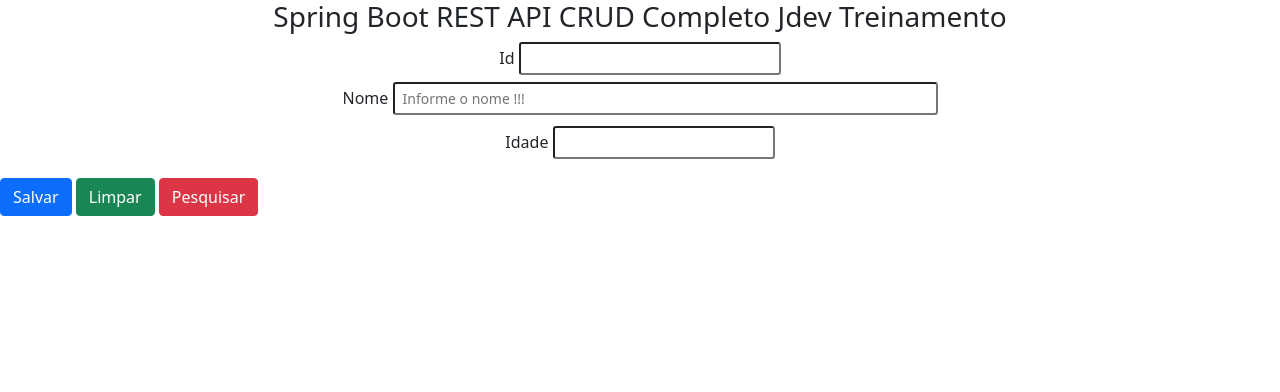
Repository: isaquelimaof/REST-API-SpringBoot
Page: springboot-rest-api-sample/src/main/resources/static/index.html
The author's editor kept a copy of each file at every save. The page is drawn from the files as they stood at one save, then again after the next save.
The browser window is 1280 px wide. The pictures show the whole page.

Above is the page before, as saved 2022-05-10 04:13:57.

After the next save:
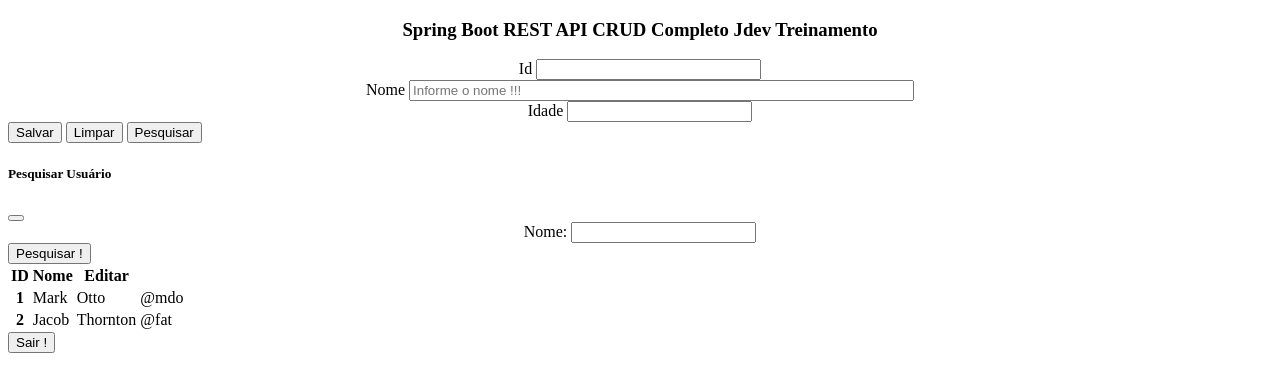
Saved 13 h 35 min later.
--- a/springboot-rest-api-sample/src/main/resources/static/index.html
+++ b/springboot-rest-api-sample/src/main/resources/static/index.html
@@ -3,12 +3,12 @@
 <head>
 <meta charset="utf-8">
 <meta name="viewport" content="width=device-width, initial-scale=1">
-<!-- Bootstrap CSS -->
+<!-- Bootstrap CSS
 <link
 	href="https://cdn.jsdelivr.net/npm/bootstrap@5.1.3/dist/css/bootstrap.min.css"
 	rel="stylesheet"
 	integrity="sha384-1BmE4kWBq78iYhFldvKuhfTAU6auU8tT94WrHftjDbrCEXSU1oBoqyl2QvZ6jIW3"
-	crossorigin="anonymous">
+	crossorigin="anonymous"> -->
 <link rel="stylesheet" type="text/css" href="css.css" media="screen" />
 <title>API REST FULL</title>
 </head>
